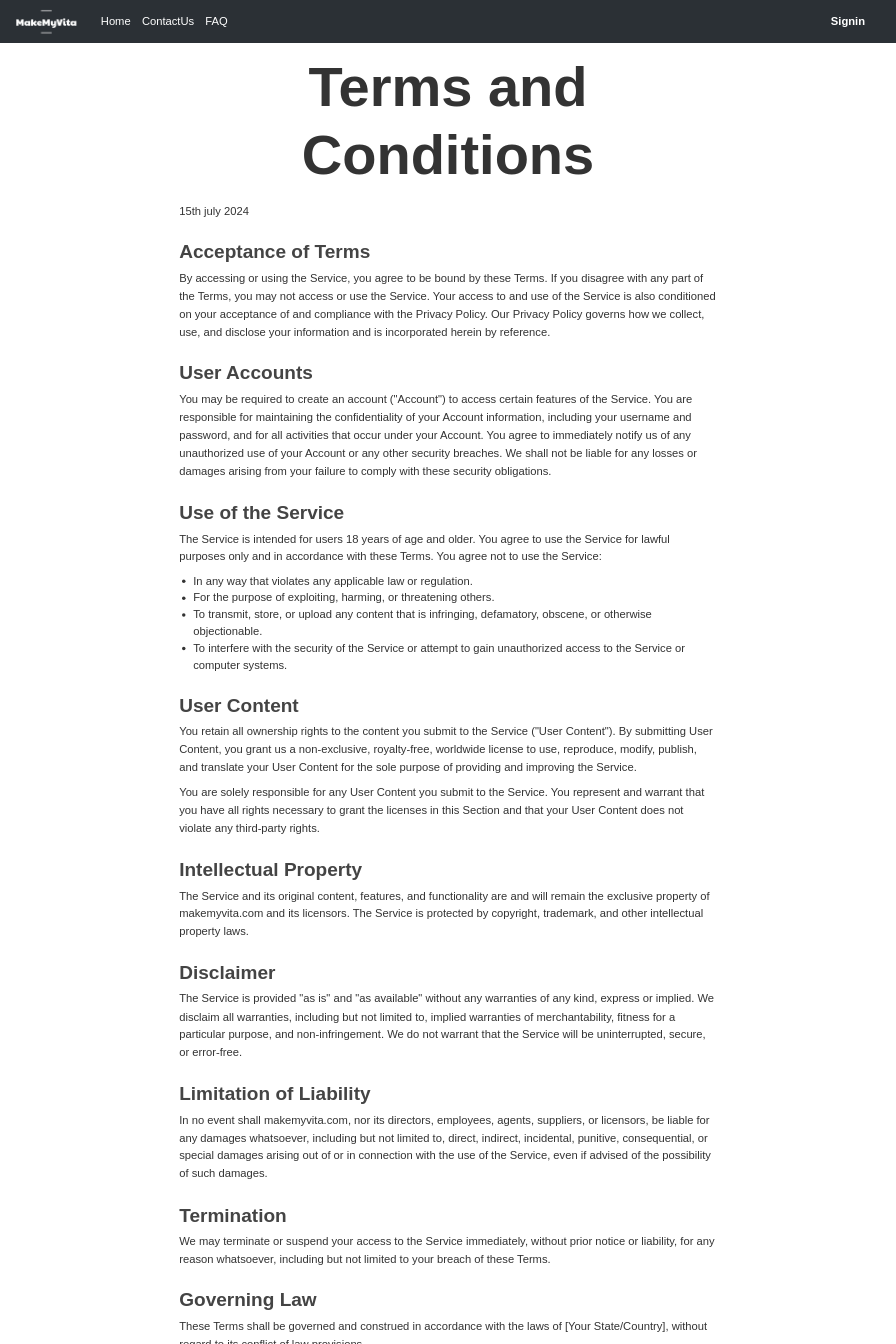
Repository: Tejaakshaykumar/MakeMyVita-Resume-Builder-Website
Page: /T&C (app in frontend/)
The author's editor kept a copy of each file at every save. The page is drawn from the files as they stood at one save, then again after the next save.
The browser window is 1280 px wide. The pictures show the part of the page from y = 0 to 1920 px (the page is 2648 px tall before and 4627 px after), at 70% of full size.
Some web libraries are served in a nearby version. The project was rebuilt for these pictures with package versions that can differ from the ones it lists, and the page was loaded fresh each time. Also part of the build but not shown: frontend/src/App.css, frontend/src/containers/About.js, frontend/src/containers/Buildresume.js, frontend/src/containers/Images.js, frontend/src/containers/Features.js, frontend/src/containers/Review.js, frontend/src/containers/Trybox.js, frontend/src/containers/Motionbox.js and 5 more.

Above is the page before, as saved 2024-06-10 11:33:22.

### frontend/public/index.html
<!DOCTYPE html>
<html lang="en">
  <head>
    <meta charset="utf-8" />
    <link rel="icon" href="%PUBLIC_URL%/favicon.ico" />
    <meta name="viewport" content="width=device-width, initial-scale=1" />
    <meta name="theme-color" content="#000000" />
    <meta
      name="description"
      content="Web site created using create-react-app"
    />
    <link rel="apple-touch-icon" href="%PUBLIC_URL%/logo192.png" />
    <!--
      manifest.json provides metadata used when your web app is installed on a
      user's mobile device or desktop. See https://developers.google.com/web/fundamentals/web-app-manifest/
    -->
    <link rel="manifest" href="%PUBLIC_URL%/manifest.json" />
    <link rel="stylesheet" href="https://stackpath.bootstrapcdn.com/bootstrap/4.5.2/css/bootstrap.min.css">
  <link rel="stylesheet" href="https://stackpath.bootstrapcdn.com/font-awesome/4.7.0/css/font-awesome.min.css">
  <link href="https://cdn.jsdelivr.net/npm/bootstrap@5.3.3/dist/css/bootstrap.min.css" rel="stylesheet" integrity="sha384-QWTKZyjpPEjISv5WaRU9OFeRpok6YctnYmDr5pNlyT2bRjXh0JMhjY6hW+ALEwIH" crossorigin="anonymous">
  <link href="https://cdn.jsdelivr.net/npm/bootstrap-icons@1.7.2/font/bootstrap-icons.css" rel="stylesheet">
    <!--
      Notice the use of %PUBLIC_URL% in the tags above.
      It will be replaced with the URL of the `public` folder during the build.
      Only files inside the `public` folder can be referenced from the HTML.

      Unlike "/favicon.ico" or "favicon.ico", "%PUBLIC_URL%/favicon.ico" will
      work correctly both with client-side routing and a non-root public URL.
      Learn how to configure a non-root public URL by running `npm run build`.
    -->
    <title>React App</title>
  </head>
  <body>
    <noscript>You need to enable JavaScript to run this app.</noscript>
    <div id="root"></div>
    <!--
      This HTML file is a template.
      If you open it directly in the browser, you will see an empty page.

      You can add webfonts, meta tags, or analytics to this file.
      The build step will place the bundled scripts into the <body> tag.

      To begin the development, run `npm start` or `yarn start`.
      To create a production bundle, use `npm run build` or `yarn build`.
    -->
  </body>
  <script src="https://cdn.jsdelivr.net/npm/bootstrap@5.3.3/dist/js/bootstrap.bundle.min.js" integrity="sha384-YvpcrYf0tY3lHB60NNkmXc5s9fDVZLESaAA55NDzOxhy9GkcIdslK1eN7N6jIeHz" crossorigin="anonymous"></script>
</html>

### frontend/src/containers/cont.css
/* navbar */
.custom-btn {
  color: white;
}
.custom-btn:hover {
  color: black;
  background-color: white;
}

.footer-container {
  height: 25vh;
  width: 100%;
  background-color: rgb(0, 0, 0);
  color: white;
  display: flex;
  flex-direction: column;
  align-items: center;
  /* padding-bottom: 3%; */
  /* justify-content: center; */
}

.footer-nav {
  display: flex;
  list-style: none;
  padding-top: 30px;
  margin: 0;
}

.footer-nav .nav-item {
  margin: 0 50px;
}

.footer-nav .nav-item .nav-link {
  color: white;
  text-decoration: none;
  /* text-transform: uppercase; */
  /* text-decoration: underline; */
}

.footer-nav .nav-item .nav-link:hover {
  text-decoration: underline;
}

.footer-copy {
  /* padding-top: 5%; */
  text-align: center;
  font-size: large;
  font-weight: 500;
  /* padding-bottom: 3%; */
}

.social-icons {
  display: flex;
  justify-content: center;
  gap: 40px;
  padding: 40px;
  /* background-color: #f0f0f0; */
}

.social-icons a {
  color: #ffffff;
  font-size: 24px;
  text-decoration: none;
}

.social-icons a:hover {
  color: #007bff;
}

/* Features */

.feature-component {
  height: 90vh;
  width: 100%;
  display: flex;
  justify-content: flex-start;
  flex-wrap: wrap;
  margin-top: 10%;
  padding-left: 8%;
  padding-right: 8%;
}
.feature {
  flex: 1 1 30%;
  box-sizing: border-box;
  padding: 20px;
  margin: 10px;
  text-align: center;
  background-color: #fff;
  border-radius: 8px;
  /* box-shadow: 0 4px 8px rgba(0, 0, 0, 0.1); */
}

.feature img {
  width: 60px;
  height:80px;
  margin-bottom: 10px;
}

.feature h3 {
  font-size: 1.5em;
  margin-bottom: 10px;
  font-weight: 500;
  font-family:'Franklin Gothic Medium', 'Arial Narrow', Arial, sans-serif;
}

.feature p {
  font-size: 1.3em;
  color: #666;
  font-weight: 400;
  font-family: 'Gill Sans', 'Gill Sans MT', Calibri, 'Trebuchet MS', sans-serif;
}

.feature:hover {
  background: linear-gradient(to right, #fd4908, #1e90ff);
  box-shadow: black;
  border-radius: 5%;
  color: rgb(255, 255, 255);
}

.feature:hover h3,
.feature:hover p {
  color: rgb(255, 255, 255);
}

/* About */
.resume-builder-container {
  display: flex;
  flex-direction: row;
  justify-content: space-between;
  align-items: center;
  padding: 10vh;
  /* background-color: #fff; */
  background: linear-gradient(to right, #84eefc, #ffffff, #ffffff);
  /* background:linear-gradient(to left, #00e1ff,#ffffff, #ffffff); */
  /* border: 1px solid #ddd; */
  /* border-radius: 8px; */
  /* box-shadow: 0 2px 4px rgba(0, 0, 0, 0.1); */
  height: 80vh;
}

.resume-builder-container1 {
  display: flex;
  flex-direction: row;
  justify-content: space-between;
  align-items: center;
  padding: 10vh;
  height: 80vh;
  background: linear-gradient(to top, #ffffff, #59CE8F,#E8F9FD, #ffffff);
}

/* .resume-builder-image {
    -webkit-mask-image: radial-gradient(circle, rgba(0, 0, 0, 1) 50%, rgba(0, 0, 0, 0) 90%);
    mask-image: radial-gradient(circle, rgba(0, 0, 0, 1) 50%, rgba(0, 0, 0, 0) 90%);
  }
   */
.resume-builder-content {
  max-width: 60%;
  padding: 10%;
}

.resume-builder-content1 {
  max-width: 70%;
  padding: 10%;
}

.resume-builder-content h1 {
  font-size: 4em;
  color: #333;
  margin-bottom: 10px;
  font-family: "Franklin Gothic Medium", "Arial Narrow", Arial, sans-serif;
  text-align: left;
}

.resume-builder-content p {
  font-size: 1.4em;
  font-weight: 400;
  color: #666;
  line-height: 1.5;
  margin-bottom: 20px;
  /* padding-left: 2%; */
  /* text-align: center; */
}

.resume-builder-content1 h1 {
  font-size: 4em;
  color: #333;
  margin-bottom: 10px;
  font-family: "Franklin Gothic Medium", "Arial Narrow", Arial, sans-serif;
  text-align: left;
}

.resume-builder-content1 p {
  font-size: 1.4em;
  font-weight: 400;
  color: #666;
  line-height: 1.5;
  margin-bottom: 20px;
  /* padding-left: 2%; */
  /* text-align: center; */
}

.aboutbutton {
  height: 6vh;
  width: 27%;
  margin-left: 20%;
  margin-top: 2%;
  text-align: center;
  font-weight: 500;
  border-radius: 7px;
  color: #ffffff;
  font-weight: 700;
  transition: background 0.3s ease;
  /* border-style:solid; */
  border-color: white;
  background: #3e14fc;
  box-shadow: 0 2px 6px rgba(24, 23, 23, 0.801);
  /* box-shadow: #3e14fc; */
}
.aboutbutton:hover {
  transition: background 0.3s ease;
  border-style: solid;
  background: linear-gradient(to right, #ffd000, #ff0000);
  box-shadow: #3e14fc;
}

.create-now-button {
  background-color: #00b0ff;
  color: #fff;
  border: none;
  padding: 10px 20px;
  font-size: 1em;
  border-radius: 5px;
  cursor: pointer;
}

.create-now-button:hover {
  background-color: #008cba;
}

.resume-builder-image {
  max-width: 40%;
}

.resume-builder-image img {
  max-width: 100%;
  height: auto;
  border-radius: 8px;
}

.text-gradient {
  background: linear-gradient(to right, #ff7f50, #1e90ff);
  -webkit-background-clip: text;
  -webkit-text-fill-color: transparent;
  background-clip: text;
  color: transparent;
}

.icon-container {
  width: 100%;
  height: 100px;
  overflow: hidden;
  white-space: nowrap;
  position: relative;
  background-color: #ffffff;
  padding-bottom: 25px;
}

.icons {
  display: inline-block;
  animation: moveIcons 40s linear infinite;
}

.icons img {
  font-size: 24px;
  margin: 0 15px; /* Add some margin between icons */
  color: #333;
  /* width: 100px; Adjust the size as needed */
  height: 50px;
}

@keyframes moveIcons {
  0% {
    transform: translateX(70%);
  }
  100% {
    transform: translateX(-100%);
  }
}

.try {
  height: 30vh;
  width: 100%;
  background-image: url("C:/Users/tejaa/Downloads/pexels-magda-ehlers-pexels-1279813.jpg");
  background-size: cover;
  align-items: center;
  display: flex;
  flex-direction: column;
  justify-content: center;
  margin-bottom: 7vh;
  margin-top: 5vh;
}

.try h2 {
  font-size: 280%;
  color: antiquewhite;
  text-shadow: 5px 5px 3px rgba(0, 0, 0, 0.3);
}
.try button {
  height: 4vh;
  width: 15%;
  font-weight: 700;
  border-radius: 5cm;
  color: blanchedalmond;
  border: #ffffff;
  background: linear-gradient(to right, #fd0808, #a51eff);
}

/* Review */
/* Styles for the main container */
/* Swiper specific styles */
/* #App {
  height: 100%;
}
html,
body {
  position: relative;
  height: 100%;
}

body {
  background: #eee;
  font-family: Helvetica Neue, Helvetica, Arial, sans-serif;
  font-size: 14px;
  color: #000;
  margin: 0;
  padding: 0;
} */
.swiper-container {
  /* position: relative; */
  height: 30vh;
  background: #ffffff;
  font-family: Helvetica Neue, Helvetica, Arial, sans-serif;
  font-size: 14px;
  color: #000;
  margin: 30px;
  padding: 10px;
  display: flex;
  flex-direction: row;
  justify-content: center;
}

.swiper {
  width: 100%;
  height: 100%;
}

.swiper-slide {
  text-align: center;
  font-size: 18px;
  background: #ffffff;
  display: flex;
  justify-content: center;
  align-items: center;
  padding-top: 20%;
  /* margin: 5%; */
}

.swiper-slide img {
  display: block;
  width: 100%;
  height: 100%;
  object-fit: cover;
}

.autoplay-progress {
  position: absolute;
  right: 16px;
  bottom: 16px;
  z-index: 10;
  width: 48px;
  height: 48px;
  display: flex;
  align-items: center;
  justify-content: center;
  font-weight: bold;
  color: var(--swiper-theme-color);
}

.autoplay-progress svg {
  --progress: 0;
  position: absolute;
  left: 0;
  top: 0px;
  z-index: 10;
  width: 100%;
  height: 100%;
  stroke-width: 4px;
  stroke: var(--swiper-theme-color);
  fill: none;
  stroke-dashoffset: calc(125.6px * (1 - var(--progress)));
  stroke-dasharray: 125.6;
  transform: rotate(-90deg);
}

### frontend/src/pages/pagestyles.css
/* TandC */
.tandc-container {
    max-width: 100%;
    margin: 0 auto;
    padding: 6% 20%;
    font-family: Arial, sans-serif;
    color: #333;
    /* margin-top: 7%; */
  }

  .tandc-container h1 {
    text-align: center;
    margin-bottom: 20px;
    font-weight: 700;
    font-size: 5rem;
  }

  .tandc-container h2 {
    margin-top: 30px;
    color: #444;
    font-weight: 700;
    font-size: 1.7rem;
  }

  .tandc-container p {
    line-height: 1.6;
  }

  .tandc-container ul {
    list-style-type: disc;
    padding-left: 20px;
  }

  .tandc-container a {
    color: #1a73e8;
    text-decoration: none;
  }

  .tandc-container a:hover {
    text-decoration: underline;
  }


  /* Privacy */
  .privacy-container {
    max-width: 800px;
    margin: 0 auto;
    padding: 20px;
    font-family: 'Arial', sans-serif;
    color: #333;
    line-height: 1.6;
    background-color: #fff;
    border-radius: 8px;
    box-shadow: 0 0 10px rgba(0, 0, 0, 0.1);
  }

  h1 {
    text-align: center;
    color: #333;
    font-size: 2.5rem;
    margin-bottom: 20px;
  }

  h2 {
    color: #444;
    font-size: 1.75rem;
    margin-top: 20px;
  }

  h3 {
    color: #555;
    font-size: 1.5rem;
    margin-top: 15px;
  }

  p {
    margin-bottom: 10px;
  }

  ul {
    list-style-type: disc;
    padding-left: 20px;
  }

  a {
    color: #1a73e8;
    text-decoration: none;
  }

  a:hover {
    text-decoration: underline;
  }

  @media (max-width: 600px) {
    .privacy-container {
      padding: 10px;
    }

    h1 {
      font-size: 2rem;
    }

    h2 {
      font-size: 1.5rem;
    }

    h3 {
      font-size: 1.25rem;
    }
  }

  /* Aboutus */
  .about-container {
    font-family: 'Arial', sans-serif;
    color: #fff;
    max-width: 1200px;
    margin: 0 auto;
    padding: 20px;
    background-color: #000; /* For overall contrast, adjust as needed */
  }

  .about-top {
    position: relative;
    text-align: center;
    color: white;
  }

  .about-image {
    width: 100%;
    height: auto;
    border-radius: 10px;
    opacity: 0.8;
  }

  .about-content {
    position: absolute;
    top: 50%;
    left: 50%;
    transform: translate(-50%, -50%);
    background-color: rgba(0, 0, 0, 0.5); /* Semi-transparent background */
    padding: 20px;
    border-radius: 10px;
    max-width: 90%;
    text-align: left;
  }

  .about-content h1 {
    font-size: 3rem;
    margin-bottom: 10px;
  }

  .about-content p {
    font-size: 1.2rem;
  }

  .about-bottom {
    background-color: #222;
    padding: 40px;
    border-radius: 10px;
    margin-top: 20px;
  }

  .about-bottom h2 {
    font-size: 2rem;
    margin-bottom: 20px;
  }

  .about-bottom p,
  .about-bottom ul {
    font-size: 1.2rem;
    line-height: 1.6;
  }

  .about-bottom ul {
    list-style-type: disc;
    padding-left: 20px;
  }

  .about-bottom h3 {
    font-size: 1.5rem;
    margin-top: 20px;
  }

  @media (max-width: 768px) {
    .about-content h1 {
      font-size: 2rem;
    }

    .about-content p {
      font-size: 1rem;
    }

    .about-bottom h2 {
      font-size: 1.5rem;
    }

    .about-bottom p,
    .about-bottom ul {
      font-size: 1rem;
    }
  }

  /* FAQ */
  /* styles.css */

/* body, html {
  margin: 0;
  padding: 0;
  font-family: Arial, sans-serif;
  background-color: #f7f7f7;
}

.app {
  display: flex;
  justify-content: center;
  align-items: center;
  min-height: 100vh;
  padding: 20px;
} */

.faq-container {
  background-color: white;
  padding: 20px;
  border-radius: 8px;
  max-width: 800px;
  width: 100%;
  box-shadow: 0 4px 8px rgba(0, 0, 0, 0.1);
}

.faq-container h1 {
  text-align: center;
  margin-bottom: 20px;
}

.faq-container input {
  width: 100%;
  padding: 10px;
  margin-bottom: 20px;
  border: 1px solid #ccc;
  border-radius: 4px;
}

.faq-list {
  max-height: 500px;
  overflow-y: auto;
}

.faq-item {
  border-bottom: 1px solid #eee;
  padding: 10px 0;
}

.faq-question {
  cursor: pointer;
  font-weight: bold;
}

.faq-answer {
  margin-top: 10px;
}

.related-articles {
  margin-top: 10px;
}

.related-articles h4 {
  margin-bottom: 5px;
}

.related-articles ul {
  padding-left: 20px;
  margin: 0;
}

.related-articles li {
  list-style-type: disc;
}



  /* Dashboard */
  body {
    font-family: Arial, sans-serif;
  }

  .sidebar {
    position: fixed;
    top: 0;
    bottom: 0;
    left: 0;
    z-index: 100;
    padding: 48px 0 0;
    box-shadow: inset -1px 0 0 rgba(0, 0, 0, .1);
  }

  .sidebar .nav-link {
    font-weight: 500;
    color: #333;
  }

  .sidebar .nav-link.active {
    color: #007bff;
  }

  .sidebar .nav-link:hover {
    color: #007bff;
  }

  .sidebar .sidebar-title {
    padding: 16px;
    font-size: 1.5rem;
    text-align: center;
  }

  .sidebar-footer {
    position: absolute;
    bottom: 0;
    width: 100%;
    padding: 16px;
    text-align: center;
  }

  .sidebar-footer .nav-link {
    color: #007bff;
  }

  .sidebar-footer .nav-link:hover {
    color: #0056b3;
  }

  .badge-new {
    background-color: #28a745;
    color: white;
    padding: 4px 8px;
    border-radius: 12px;
  }

  .card {
    margin-bottom: 1.5rem;
  }

  .card-title {
    font-size: 1.5rem;
    font-weight: bold;
  }

  .alert {
    margin-bottom: 0;
    font-size: 0.875rem;
  }

  @media (max-width: 767.98px) {
    .sidebar {
      position: relative;
      width: 100%;
      height: auto;
    }

    .sidebar .nav-link {
      font-size: 0.875rem;
    }
  }


  /* Signin */


  .signin {
    /* background: linear-gradient(45deg, #a1c4fd, #c2e9fb); */
    font-family: 'Arial', sans-serif;
    /* background:linear-gradient(to top,#000000,#5A72A0,#83B4FF,#FDFFE2); */
    background:linear-gradient(to top,#000000,#243763);
    /* background:linear-gradient(to top,#000000,#E96479,#F5E9CF,#c4fffd); */

    height: 100vh;
    display: flex;
    justify-content: center;
    align-items: center;
    margin-bottom: -2%;
  }

  .signin-container {
    text-align: center;

  }

  .signin-box {
    background: #fff;
    padding: 40px;
    border-radius: 8px;
    box-shadow: 0px 0px 20px rgba(0, 0, 0, 0.301);
    width: 500px;
    max-width: 90%;
  }

  .signin-header h2 {
    font-size: 24px;
    font-weight: 700;
    margin-bottom: 10px;
  }

  .signin-header p {
    font-size: 14px;
    color: #777;
    margin-bottom: 20px;
  }

  .form-group {
    margin-bottom: 15px;
  }

  .form-group label {
    display: block;
    text-align: left;
    margin-bottom: 5px;
  }

  .form-control {
    width: 100%;
    padding: 10px;
    border: 1px solid #ccc;
    border-radius: 4px;
    box-sizing: border-box;
  }

  .input-group {
    display: flex;
    align-items: center;
  }

  .input-group-append {
    background: #fff;
    border: 1px solid #ccc;
    border-left: 0;
    padding: 10px;
    border-radius: 0 4px 4px 0;
    cursor: pointer;
  }

  .form-check {
    display: flex;
    align-items: center;
    justify-content: space-between;
    margin: 20px 0;
  }

  .form-check-input {
    margin-right: 10px;
  }

  .form-check-label {
    margin-right: auto;
  }

  .forgot-password {
    color: #000;
    text-decoration: none;
  }

  .btn {
    width: 100%;
    padding: 10px;
    border: none;
    border-radius: 4px;
    cursor: pointer;
    font-size: 16px;
    font-weight: bold;
  }

  .btn-primary {
    background: #000;
    color: #fff;
  }

  .or-use {
    margin: 20px 0;
  }

  .or-use span {
    background: #fff;
    padding: 0 10px;
    color: #777;
  }

  .social-login {
    display: flex;
    justify-content: center;
    margin: 20px 0;
  }

  .social-login button {
    margin: 0 10px;
    width: 50px;
    height: 50px;
    border-radius: 50%;
    border: 1px solid #ccc;
    display: inline-flex;
    justify-content: center;
    align-items: center;
    background: #fff;
    cursor: pointer;
  }

  footer {
    margin-top: 20px;
  }

  footer p {
    font-size: 14px;
    color: #777;
  }

Loaded but not shown: frontend/src/index.js (common file); frontend/src/index.css (common file); frontend/src/reportWebVitals.js (common file); frontend/src/pages/TandC.js (106 lines, source omitted); frontend/src/App.js (99 lines, source omitted); frontend/src/containers/Foot.js (65 lines, source omitted); frontend/src/containers/Navbar.js (57 lines, source omitted)

After the next save:
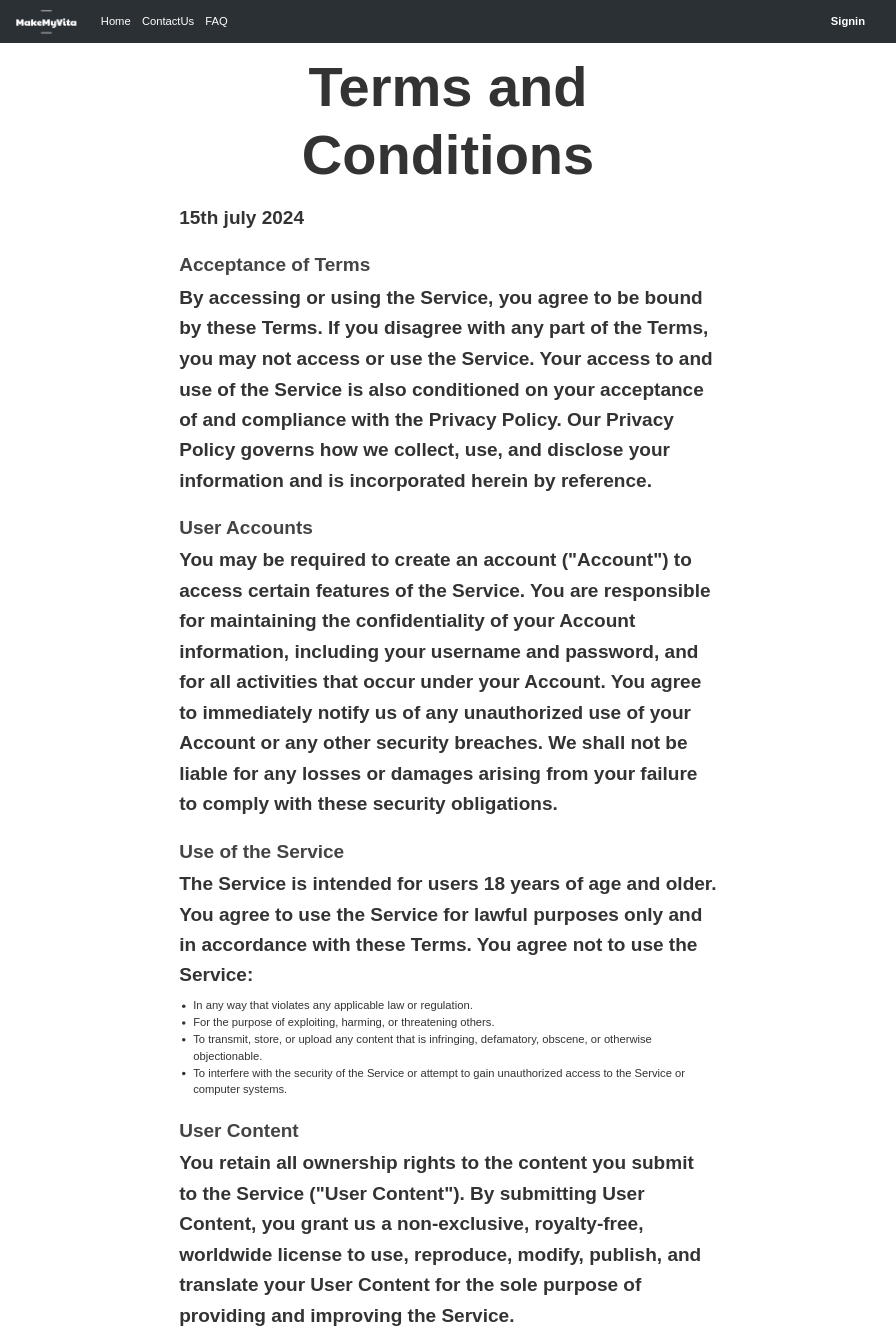
Saved 16 s later.
--- a/frontend/src/pages/pagestyles.css
+++ b/frontend/src/pages/pagestyles.css
@@ -24,6 +24,8 @@
 
   .tandc-container p {
     line-height: 1.6;
+    font-weight: 700;
+    font-size: 1.7rem;
   }
 
   .tandc-container ul {

After the 2 saves that followed:
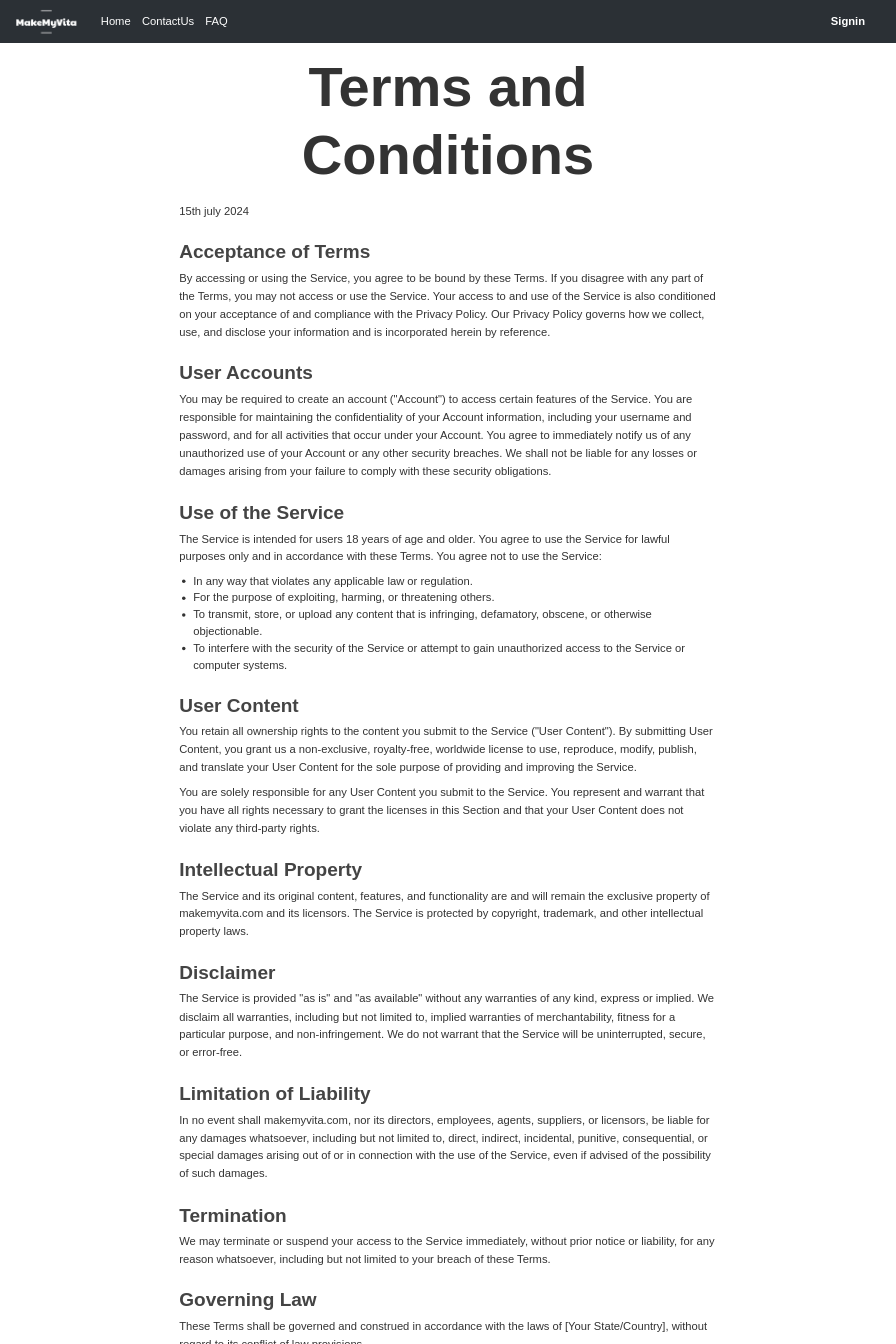
The 2 saves are shown as one change because they came seconds apart.
The last was saved 9 s later.
--- a/frontend/src/pages/pagestyles.css
+++ b/frontend/src/pages/pagestyles.css
@@ -24,8 +24,8 @@
 
   .tandc-container p {
     line-height: 1.6;
-    font-weight: 700;
-    font-size: 1.7rem;
+    font-weight: 500;
+    font-size: 1rem;
   }
 
   .tandc-container ul {
